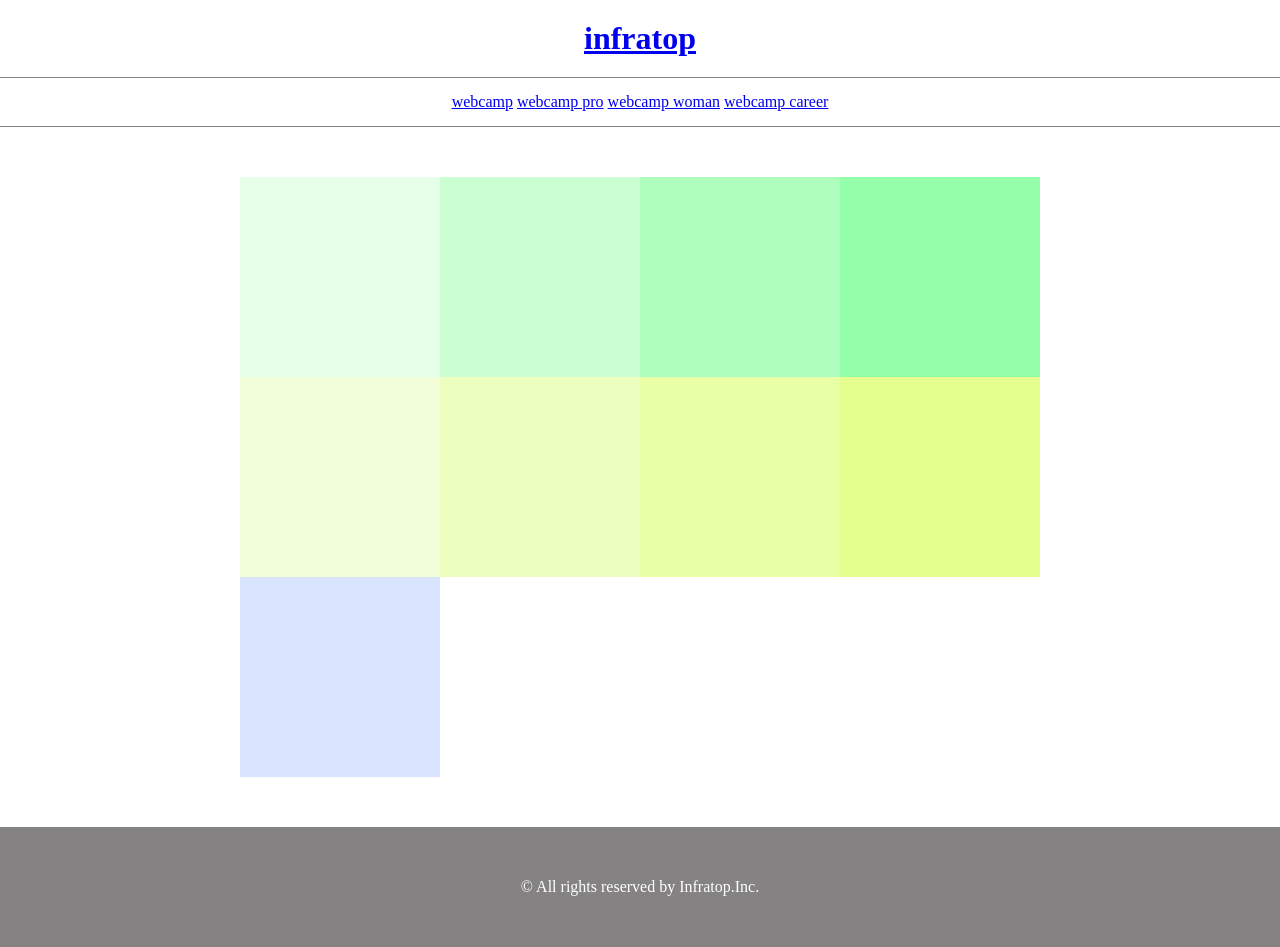
Repository: yesohnuki/shinya-ohnuki
Page: caravan/chapter5.html
The author's editor kept a record of every edit. The page is drawn from the files as they stood at one moment, then again after the next edit.
The browser window is 1280 px wide. The pictures show the whole page.

Above is the page before.

After the next edit:
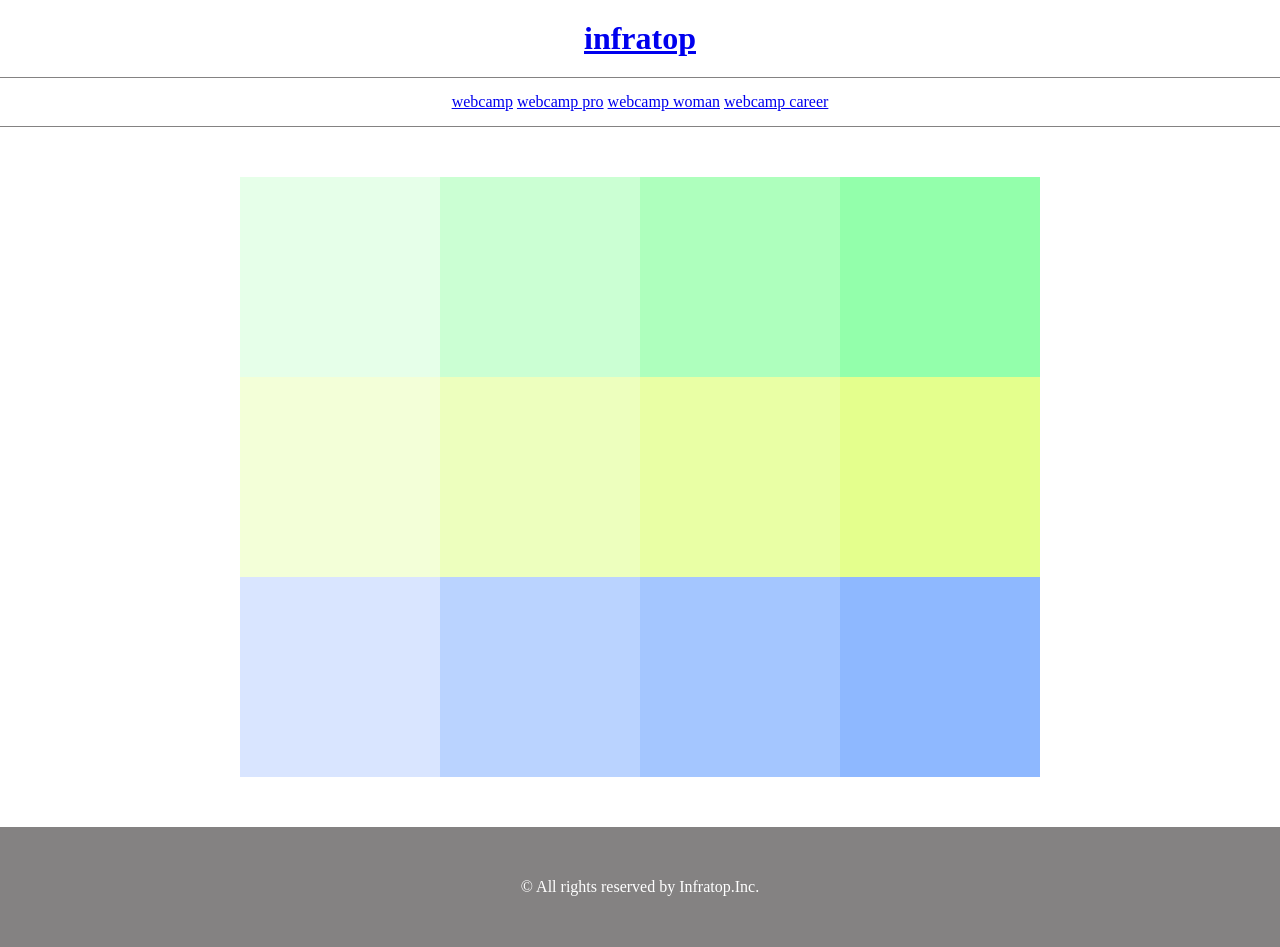
The edit:
--- a/caravan/chapter5.html
+++ b/caravan/chapter5.html
@@ -44,9 +44,9 @@
      <a class="box7"></a>
      <a class="box8"></a>
      <a class="box9"></a>
-     <a href="box10"></a>
-     <a href="box11"></a>
-     <a href="box12"></a>
+     <a class="box10"></a>
+     <a class="box11"></a>
+     <a class="box12"></a>
     </div>
 
     <!-- footer -->
